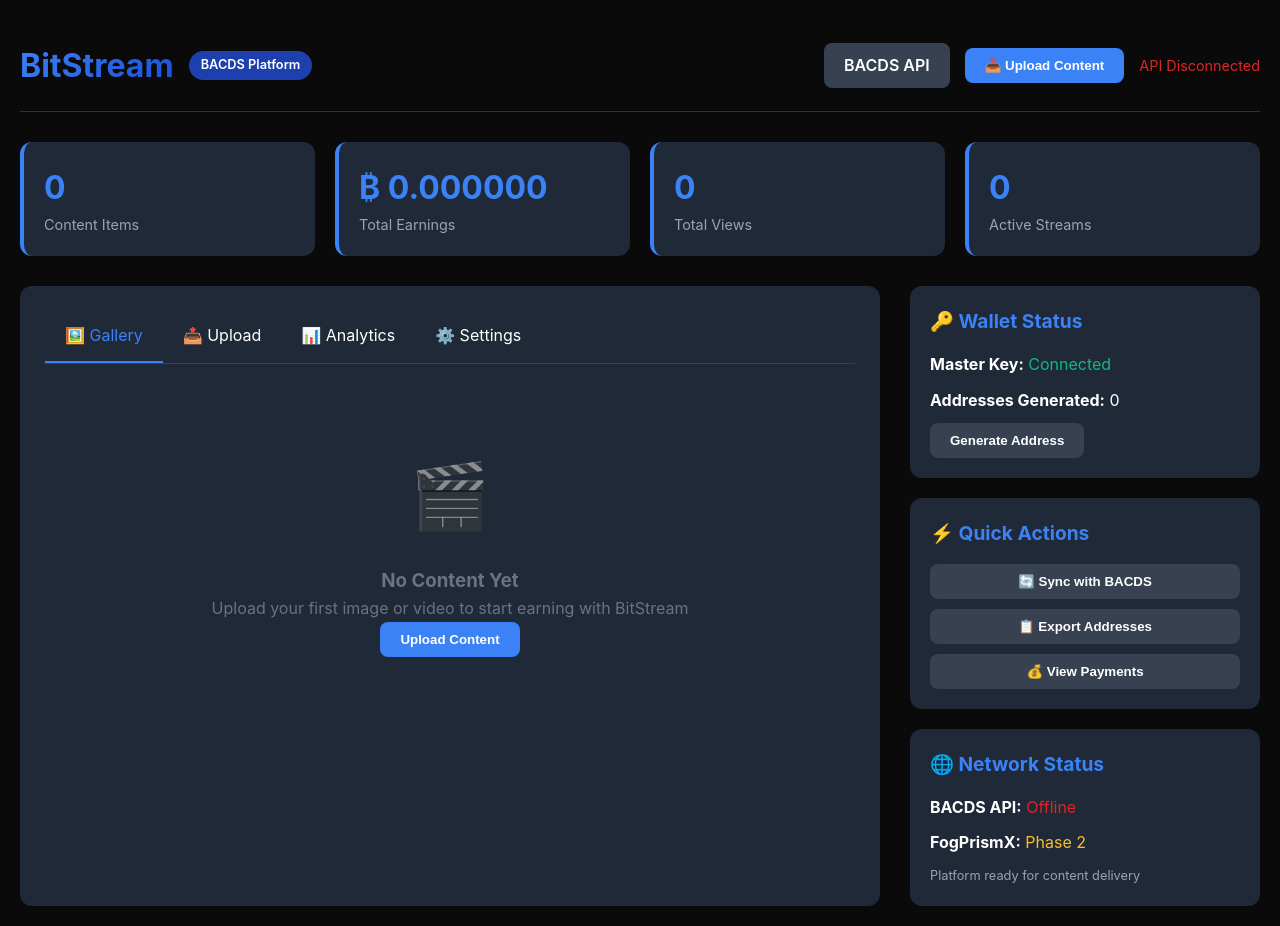
Repository: b0ase/nerd
Page: src/web/bitstream.html
These files come from the project's save history. The page is drawn as it stood at one moment and after the next save; the edit follows.
The browser window is 1280 px wide. The pictures show the whole page.
The page's requests for data from a server got no answer.

Above is the page before, as saved 2025-06-03 16:03:47.

After the next save:
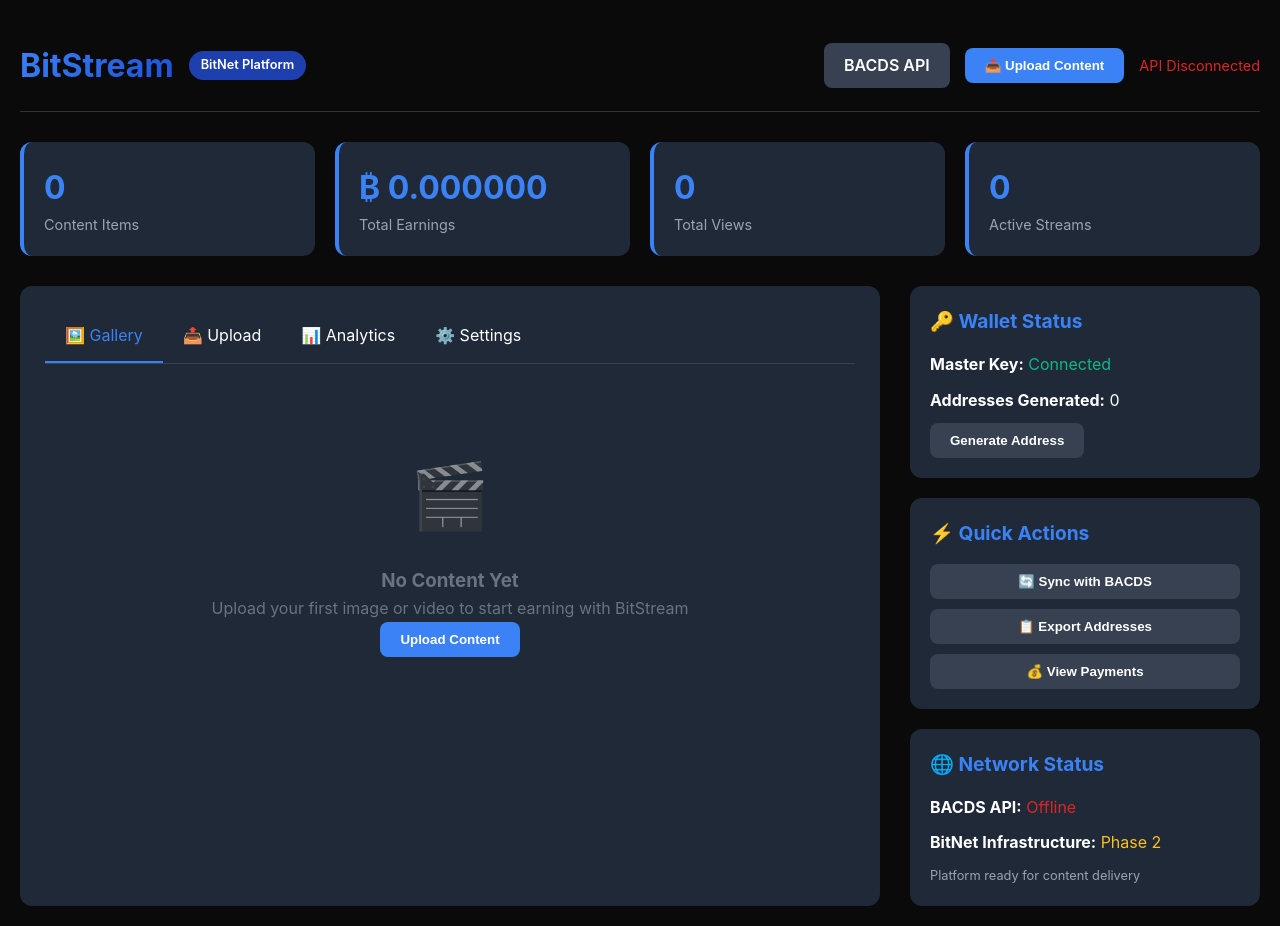
Saved 7 min 13 s later.
--- a/src/web/bitstream.html
+++ b/src/web/bitstream.html
@@ -342,7 +342,7 @@
         <header>
             <div class="logo-section">
                 <div class="logo">BitStream</div>
-                <div class="platform-badge">BACDS Platform</div>
+                <div class="platform-badge">BitNet Platform</div>
             </div>
             <div class="nav-actions">
                 <a href="index.html" class="btn btn-secondary">BACDS API</a>
@@ -498,7 +498,7 @@
                         <strong>BACDS API:</strong> <span id="api-status" style="color: #10b981;">Online</span>
                     </div>
                     <div style="margin-bottom: 10px;">
-                        <strong>FogPrismX:</strong> <span style="color: #fbbf24;">Phase 2</span>
+                        <strong>BitNet Infrastructure:</strong> <span style="color: #fbbf24;">Phase 2</span>
                     </div>
                     <div style="font-size: 0.8rem; color: #9ca3af;">
                         Platform ready for content delivery
